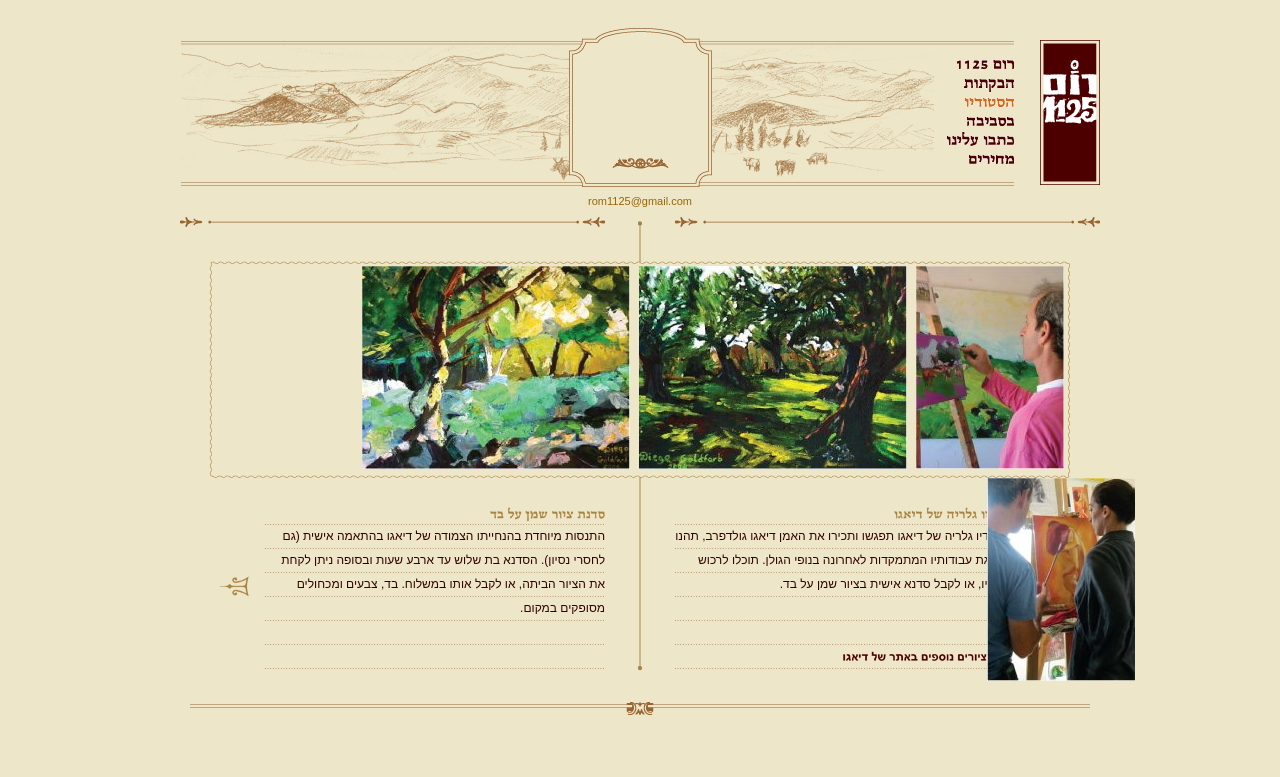
Repository: asafg/rom1125
Page: rom1125/WebContent/studio.html
The author's editor kept a copy of each file at every save. The page is drawn from the files as they stood at one save, then again after the next save.
The browser window is 1280 px wide. The pictures show the whole page.

Above is the page before, as saved 2010-06-11 11:02:05.

### rom1125/WebContent/studio.html
<!DOCTYPE html PUBLIC "-//W3C//DTD XHTML 1.1//EN" "http://www.w3.org/TR/xhtml11/DTD/xhtml11.dtd">
<html xmlns="http://www.w3.org/1999/xhtml">

<head>
  <meta http-equiv="Content-Type" content="text/html; charset=utf-8"/>
  <title>רום 1125 - הסטודיו</title>
  <link rel="stylesheet" href="css/common.css" type="text/css" media="screen"/>
  <link rel="stylesheet" href="css/studio.css" type="text/css" media="screen"/>
  <script src="js/img_gal_cc_compressed.js" type="text/javascript"></script>
</head>
<body>
<div id="main">
<!-- header -->
<div id="header">
<img id="logo" src="images/logo.png"/>
<div id="header_without_logo"><!-- The part of the header left of the logo -->
<div id="header_top"><img src="images/header_top.png"/></div>
<div id="toolbar_buttons">
<a id="home_link" href="index.html"><img src="images/blank.gif"/></a>
<a id="huts_link" href="huts.html"><img src="images/blank.gif"/></a>
<img src="images/studio_hl.gif"/>
<a id="env_link" href="env.html"><img src="images/blank.gif"/></a>
<a id="media_link" href="media.html"><img src="images/blank.gif"/></a>
<a id="prices_link" href="prices.html"><img src="images/blank.gif"/></a>
</div><!-- toolbar_buttons -->
<div class="header_image"><img src="images/header_right.jpg"/></div>
<div class="header_image"><img src="images/header_middle.png"/></div>
<div class="header_image"><img src="images/header_left.jpg"/></div>
<div id="header_bottom"><img id="header_bottom_image" src="images/header_bottom.png"/></div>
</div><!-- header_without_logo-->
<div id="email_address_div">
<a href="mailto:rom1125@gmail.com" class="email_address">rom1125@gmail.com</a>
</div><!-- email_address_div -->
</div><!-- header -->
<!-- now for the separators -->
<div id="right_part">
<img src="images/top_horiz_sep.png" class="sep_image"/>
</div><!-- right -->
<div id="top_vert_sep">
<img src="images/top_ball.png" class="sep_image"/>
<div id="top_vert_bar"></div>
</div><!-- top_vert_sep -->
<div id="left_part">
<img src="images/top_horiz_sep.png" class="sep_image"/>
</div><!-- left -->
<div id="frame">
	<img class="first_photo" src="images/photos/studio1.jpg"/>
	<img src="images/photos/studio2.jpg"/>
	<img src="images/photos/studio3.jpg"/>
	<img src="images/photos/studio4.jpg"/>
</div><!-- frame -->
<div id="bottom_right_part">
<div id="right_studio_orn">
<img src="images/right_studio_orn.png"/>
</div><!-- right_studio_orn -->
<div id="right_page_text">
<img class="title" src="images/studio_title1.png"/><br/>
<div class="page_text">
בסטודיו גלריה של דיאגו תפגשו ותכירו את האמן דיאגו גולדפרב,
תהנו מתצוגת עבודותיו המתמקדות לאחרונה בנופי הגולן.
תוכלו לרכוש מציוריו, או לקבל סדנא אישית בציור שמן על בד.
<br/>
<br/>
<br/>
<div id="studio_ext_link">
<a href="http://www.yessy.com/DiegoGoldfarb/"><img class="left_arrow_small" src="images/blank.gif"/><img id="studio_link_image" src="images/blank.gif"/></a>
</div><!-- studio_link -->
</div><!-- page_text -->
</div><!-- right_page_text -->
</div><!-- bottom_right_part -->
<div id="bottom_vert_sep">
<div id="bottom_vert_bar"></div>
<img src="images/bottom_ball.png" class="sep_image"/>
</div><!-- bottom_vert_sep -->
<div id="bottom_left_part">
<div id="left_page_text">
<img class="title" src="images/studio_title2.png"/><br/>
<div class="page_text">
התנסות מיוחדת בהנחייתו הצמודה של דיאגו בהתאמה אישית
(גם לחסרי נסיון). הסדנא בת שלוש עד ארבע שעות ובסופה ניתן לקחת את
הציור הביתה, או לקבל אותו במשלוח. בד, צבעים ומכחולים מסופקים במקום.
<br/>
<br/>
<br/>
<br/>
</div><!--  page text -->
</div><!-- left_page_text -->
<div id="left_studio_orn">
<img src="images/left_studio_orn.png"/>
</div><!-- left_studio_orn -->
</div>
<div id="footer">
<img src="images/footer_sep.png" class="sep_image"/>
</div><!-- footer -->
</div><!-- main -->
</body>
</html>

### rom1125/WebContent/css/common.css
body
{
	background-color: #EEE6C9;
	margin: 0px;
	padding: 0px;
}

#main
{
	width: 1000px;
	height: 750px;
	direction: rtl;
	margin-left: auto;
   	margin-right: auto;
}

/* beginning of header definitions */

#header
{
	margin-top: 27px;
}

#logo
{
	width: 60px;
	margin-top: 13px;
	margin-right: 40px;
	float: right;
}

#header_without_logo
{
	margin-right: 26px;
	margin-top: 1px;
	padding: 0px;
	width: 834px;
	float: right;
}

#header_top
{
	margin: 0px;
	padding: 0px;
	height: 17px;
	float: right;
	display: block;
}

#header_bottom
{
	margin: 0px;
	padding: 0px;
	height: 5px;
	float: right;
	display: block;
}

#header_bottom_image
{
	margin: 0px;
	padding: 0px;
	vertical-align: top;
}

.header_image
{
	margin: 0px;
	padding: 0px;
	height: 137px;
	float: right;
	display: block;
}

#toolbar_buttons
{
	margin-top: 11px;
	margin-left: 13px;
	float: right;
}

#toolbar_buttons img
{
	margin: 0px 0px 2px 0px; width: 67px; height: 17px; padding: 0px; display: block; border-width: 0px;
}

/*toolbar buttons images are set as background images in order to allow rollover effect using css (no javascript) */
#toolbar_buttons a#home_link   img {background: url("../images/rom.gif") top left no-repeat;}
#toolbar_buttons a#huts_link   img {background: url("../images/biktot.gif") top left no-repeat;}
#toolbar_buttons a#studio_link img {background: url("../images/studio.gif") top left no-repeat;}
#toolbar_buttons a#env_link    img {background: url("../images/sviva.gif") top left no-repeat;}
#toolbar_buttons a#media_link  img {background: url("../images/katvu.gif") top left no-repeat;}
#toolbar_buttons a#prices_link img {background: url("../images/mehirim.gif") top left no-repeat;}

#toolbar_buttons a#home_link:hover   img {background: url("../images/rom_hl.gif") top left no-repeat;}
#toolbar_buttons a#huts_link:hover   img {background: url("../images/biktot_hl.gif") top left no-repeat;}
#toolbar_buttons a#studio_link:hover img {background: url("../images/studio_hl.gif") top left no-repeat;}
#toolbar_buttons a#env_link:hover    img {background: url("../images/sviva_hl.gif") top left no-repeat;}
#toolbar_buttons a#media_link:hover  img {background: url("../images/katvu_hl.gif") top left no-repeat;}
#toolbar_buttons a#prices_link:hover img {background: url("../images/mehirim_hl.gif") top left no-repeat;}

#email_address_div
{
	padding-top: 8px;
	margin-left: auto;
    margin-right: auto;
	font-family: arial, sans-serif;
	font-size: 11px;
	display: block;
	text-align: center;
	clear: both;
}

a.email_address:link, a.email_address:active, a.email_address:focus, a.email_address:visited
{
	color: #996600;
	text-decoration: none;
}

a.email_address:hover
{
	color: #CC6600;
	text-decoration: none;
}

/* end of header definitions */

#right_part
{
	width: 425px;
	margin-top: 10px;
	margin-right: 40px;
	float: right;
}

#vert_sep
{
	float: right;
	margin: 14px 33px 0px 33px;
	padding: 0px;
}

#vert_bar
{
	width: 2px;
	height: 440px;
	margin: 0 1px 0 1px;
	background-color: #cbb787;
}

#left_part
{
	width: 425px;
	margin-top: 10px;
	margin-left: 0px;
	float: right;
}

.sep_image
{
	padding: 0;
	display: block;
}

#footer
{
	margin: 0px 50px 0px 50px;
	float: none;
	clear: both;
}

### rom1125/WebContent/css/studio.css
#frame
{
	background-image: url("../images/studio_frame.png");
	background-repeat: no-repeat;
	height: 217px;
	margin: 54px 0 0 69px;
	padding: 0;
}

#frame img
{
	/*float: right;*/
	margin: 5px 5px 0 0;
}

#frame img.first_photo
{
	margin-right: 76px;
}

#prices_wide_photo
{
	margin: 6px 76px;
}

#bottom_right_part
{
	width: 425px;
	height: 125px;
	margin-top: 10px;
	margin-right: 40px;
	float: right;
}

#top_vert_sep
{
	margin: 14px 33px 0px 33px;
	float: right;
}

#top_vert_bar, #bottom_vert_bar
{
	width: 2px;
	margin: 0 1px 0 1px;
	background-color: #cbb787;
}

#top_vert_bar
{
	height: 35px;
}

#bottom_vert_bar
{
	height: 188px;
}

#bottom_vert_sep
{
	margin: 0px 33px 0 33px;
	float: right;
}

#bottom_left_part
{
	width: 425px;
	margin-top: 10px;
	margin-left: 0px;
	float: right;
}

#right_page_text, #left_page_text
{
	float: right;
	margin-top: 16px;
}

.asterisk_text
{
	color: #b09d67;
}

#right_page_text
{
	margin-right: 16px;
}

.page_text
{
	background-image: url("../images/dashed_line.png");
	background-repeat:repeat-y;
	color: #330000;
	float: right;
	font-family: arial;
	font-size: 12px;
	height: 150px;
	line-height: 200%;
	margin: 2px 0 0 0;
	width: 340px;
}

#studio_ext_link
{
	margin: 1px 2px 0 0;
}

.left_arrow_small
{
	background-image: url("../images/left_arrow_small.png");
	border: 0;
	height: 9px;
	margin: 0 0 0 7px;
	width: 19px;
}

a:hover img.left_arrow_small
{
	background-image: url("../images/left_arrow_small_hl.png");
}

#studio_link_image
{
	background-image: url("../images/studio_link.png");
	border: 0;
	height: 10px;
	width: 144px;
}

a:hover #studio_link_image
{
	background-image: url("../images/studio_link_hl.png");
}

#right_studio_orn
{
	display: block;
	float: right;
	margin: 88px 39px 0 0;
	padding: 0;
	width: 30px;
	height: 21px;
}

#left_studio_orn
{
	display: block;
	float: right;
	margin: 88px 16px 0 0;
	padding: 0;
	width: 30px;
	height: 21px;
}

img.title
{
	margin: 3px 0 0 0;
	vertical-align: top;
}

#footer
{
	padding-top: 28px;
}

.text_column
{
	background-image: url("../images/dashed_line.png");
	background-repeat: repeat-y;
	float: right;
	width: 205px;
	height: 409px;
	border: 0px solid black;
}

#columns_spacer
{
	float: right;
	width: 16px;
	height: 409px;
	border: 0px solid green;
}

/* image gallery */
#photo_frame
{
	position: relative;
	margin-top: 34px;
	width: 425px;
	height: 313px;
	overflow: hidden;
}

#photo_frame img
{
	padding: 6px 6px 0px 0px;
}

#photo_frame_overlay
{
	position:absolute; top:0; left:0; width: 100%; height: 100%; z-index:998;
	background: url("../images/frame_big.png") no-repeat center;
}

/* hide the slide show of the second hut */
#thumbnails_panel2, #slideshow2
{
	display: none;
}

#thumbnails_panel1, #thumbnails_panel2
{
	margin-top: 11px;
	width: 354px;
}

#upper_gallery_strip1, #upper_gallery_strip2
{
	margin: 12px 60px 7px 0px;
	float: right;
}

#lower_gallery_strip1, #lower_gallery_strip2
{
	margin: 6px 60px 0px 0px;
	float: right;
}

#thumbnails_toolbar1, #thumbnails_toolbar2
{
	margin-right: 35px;
	width: 354px;
}

#right_arrow1, #right_arrow2
{
	width: 24px;
	height: 11px;
	margin: 24px 0px 0px 3px;
	vertical-align: middle;
	clear: both;
	float: right;
	display: block;
	border: 0px;
}

img.right_arrow
{
	background: url("../images/right_arrow.gif") top left no-repeat;
}

img.right_arrow:hover
{
	background: url("../images/right_arrow_hl.gif") top left no-repeat;
}

img.right_arrow_disabled
{
	background: url("../images/right_arrow_da.png") top left no-repeat;
}

#left_arrow1, #left_arrow2
{
	width: 24px;
	height: 11px;
	margin: 24px 3px 0px 0px;
	float: right;
	border: 0px;
}

img.left_arrow
{
	background: url("../images/left_arrow.gif") top left no-repeat;
}

img.left_arrow:hover
{
	background: url("../images/left_arrow_hl.gif") top left no-repeat;
}

img.left_arrow_disabled
{
	background: url("../images/left_arrow_da.png") top left no-repeat;
}

#thumbnails1, #thumbnails2
{
	position: relative;
	width: 300px;
	height: 54px;
	float: right;
	overflow: hidden;
}

#thumbnails_wrapper1, #thumbnails_wrapper2
{
	position: absolute;
	width: 420px;
	height: 54px;
	/*float: right;*/
}

.thumbnail
{
	background: url("../images/frame_small.png") no-repeat center;
	margin-left: 3px;
	margin-right: 3px;
	width: 54px;
	height: 54px;
	float: right;
}

div.thumbnail:hover
{
	background: url("../images/frame_small_hl.png") no-repeat center;
	margin-left: 3px;
	margin-right: 3px;
	width: 54px;
	height: 54px;
	float: right;
}

img.thumbnail
{
	margin: 4px 4px auto;
	width: 46px;
	height: 46px;
	border: 1px black;
}
/* end of image gallery */

Loaded but not shown: rom1125/WebContent/js/img_gal_cc_compressed.js (library)

After the next save:
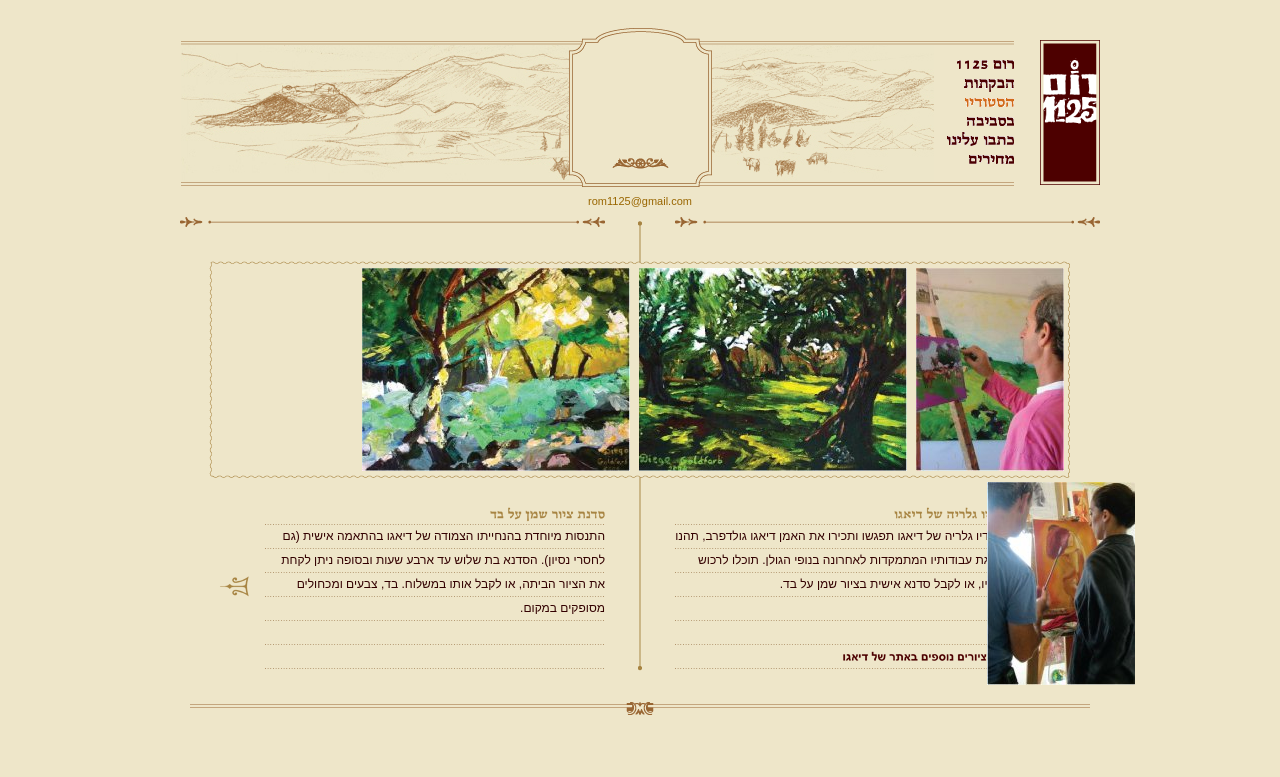
Saved 14 s later.
--- a/rom1125/WebContent/css/studio.css
+++ b/rom1125/WebContent/css/studio.css
@@ -10,7 +10,7 @@
 #frame img
 {
 	/*float: right;*/
-	margin: 5px 5px 0 0;
+	margin: 7px 5px 0 0;
 }
 
 #frame img.first_photo
